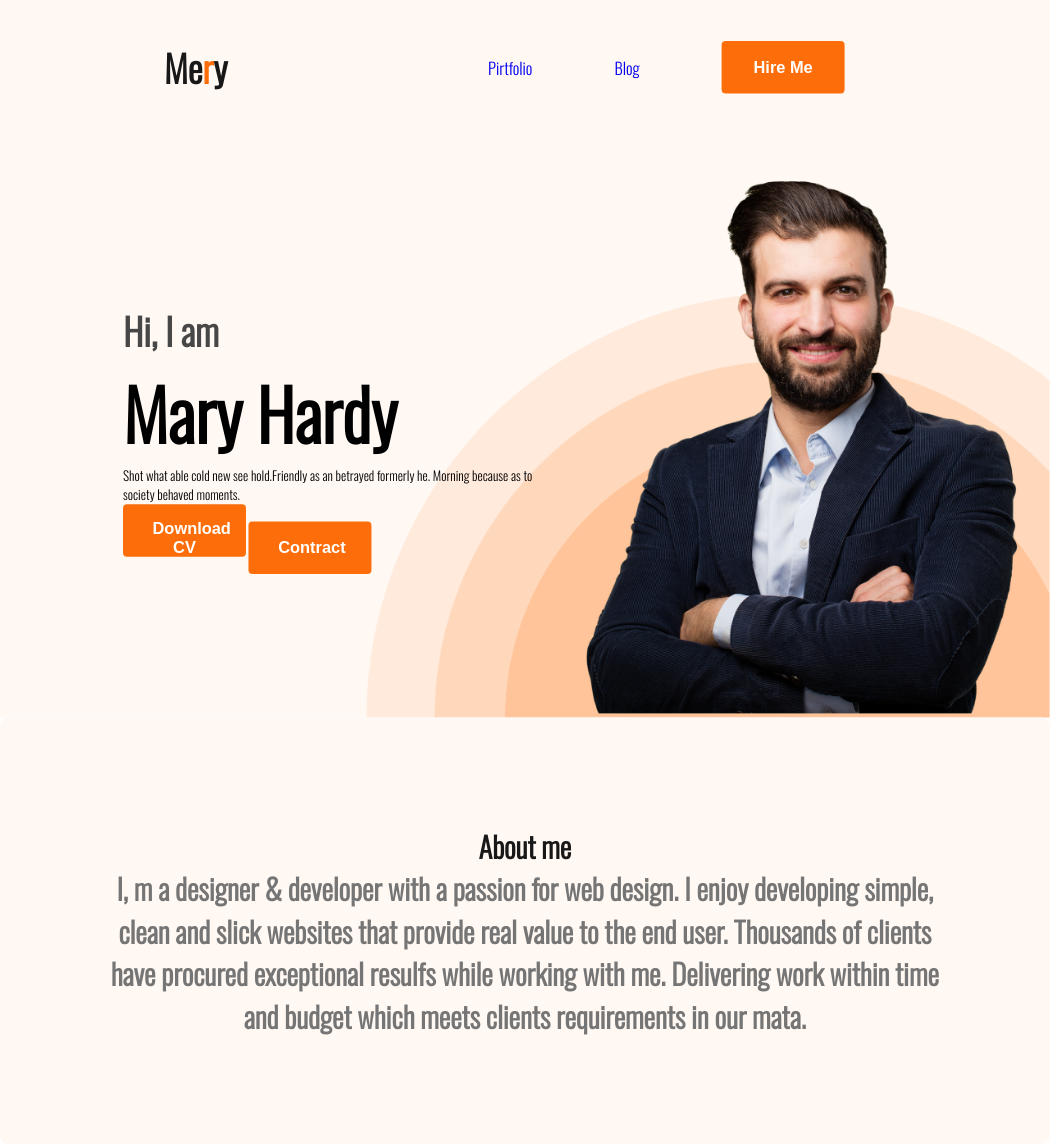
Repository: sumonkumarsarkar/my-website-personal
Page: index.html
The author's editor kept a copy of each file at every save. The page is drawn from the files as they stood at one save, then again after the next save.
The browser window is 1280 px wide. The pictures show the whole page, at 82% of full size.

Above is the page before, as saved 2024-01-06 11:02:16.

### index.html
<!DOCTYPE html>
<html lang="en">
<head>
    <meta charset="UTF-8">
    <meta name="viewport" content="width=device-width, initial-scale=1.0">
    <title>My Personal Website</title>
    <link rel="preconnect" href="https://fonts.googleapis.com">
    <link rel="preconnect" href="https://fonts.gstatic.com" crossorigin>
    <link href="https://fonts.googleapis.com/css2?family=Open+Sans:wght@700;800&family=Oswald:wght@300&display=swap" rel="stylesheet">
    <link rel="stylesheet" href="./style.css">
</head>
<body>
    <header class="header">
        <nav>
            <h3 class="nav-title">Me<span class="text-primary">r</span>y</h3>
            <ul>
                <li ><a href="#">Pirtfolio</a></li>
                <li ><a href="#">Blog</a></li>
                <li ><button type="button" class="btn-button">Hire Me</button></li>
            </ul>
        </nav>

        <div class="banner">
            <div class="banner-part">
                <h3 class="banner-greeting">Hi, I  am</h3>
                <h1 class="banner-title">Mary Hardy</h1>
                <p>Shot what able cold new see hold.Friendly as an betrayed formerly he. Morning because as to society behaved moments.</p>
                <button type="button" class="btn-button">Download CV</button>
                <button class="btn-button" type="button">Contract</button>
            </div>
            <div>
        <img class="profile-picture" src="./images/hardy.png" alt="">
            </div>

        </div>
    </header>


    <!-- main section  -->

<main>
<section class="about">
     <h3 class="section-title">About me</h3>
     <p class="section-description">
        I, m a designer & developer with a passion for web design. I enjoy developing simple, clean and slick websites that provide real value to the end user. Thousands of clients have procured exceptional resulfs while working with me. Delivering work within time and budget which meets clients requirements in our mata.
     </p>
</section>
</main>

</body>
</html>

### style.css
* {
  margin: 0;
  padding: 0;
}
body {
  font-family: "Open Sans", sans-serif;
  font-family: "Oswald", sans-serif;
}
nav {
  display: flex;
  align-items: center;
  justify-content: space-between;
  margin: 0 200px;
}

.nav-title {
  font-size: 45px;
  color: #181818;
  line-height: normal;
  font-weight: 800;
}
.text-primary {
  color: #fd6e0a;
}
nav ul {
  display: flex;
  align-items: center;
}
nav a {
  text-decoration: none;
}
nav li {
  list-style: none;
  margin: 50px;
  font-size: 20px;
  color: #474747;
  text-align: center;
}

.section-title {
    color:#181818;
    text-align: center;
    font-size: 35px;
    font-weight: 700;
}
.section-description {
    color:#757575;
    text-align: center;
    font-size: 35px;
    font-weight: 700;
}

.btn-button {
  height: 64px;
  width: 150px;
  color: #ffff;
  background: #fd6e0a;
  border-radius: 5px;
  font-size: 20px;
  border: 0;
  font-weight: 700;
  padding: 18px 36px;
}

.header {
  background: #fff8f3;
  background-image: url(./images/header_bg.png);
  background-repeat: no-repeat;
  background-position: bottom right;
}
.banner {
  padding: 30px 30px 0 150px;
  display: flex;
  align-items: center;
  justify-content: space-between;
}
.banner-part {
  max-width: 500px;
}
.banner .profile-picture {
  height: 676px;
  width: 584px;
}
.banner-greeting {
  font-size: 45px;
  color: #474747;
  margin-bottom: 5px;
}
.banner-title {
  font-size: 85px;
  font-weight: 700;
  margin-top: 5px;
}

/* main section   */
/* about section  */
.about {
  padding: 130px;
  border-radius: 10px;
  background: #fff8f3;
}

After the next save:
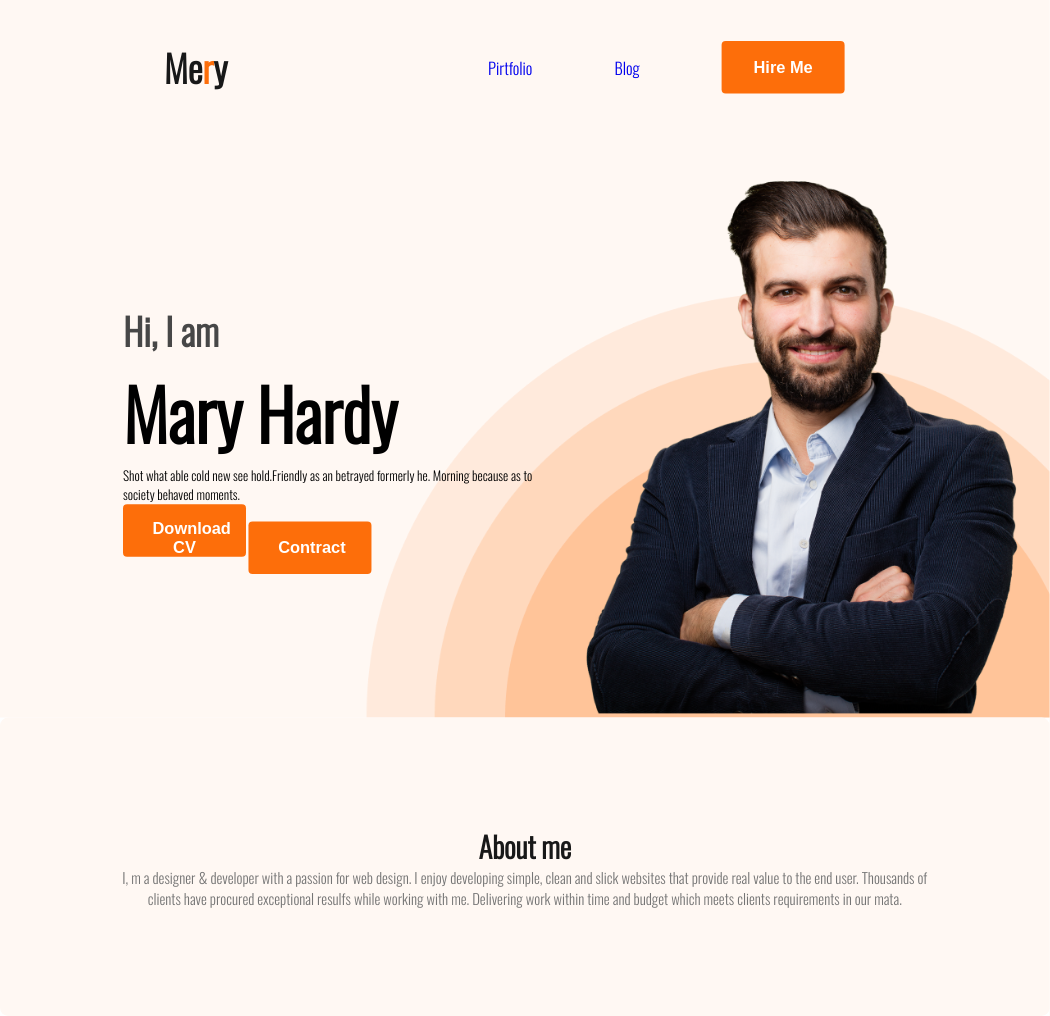
Saved 15 s later.
--- a/style.css
+++ b/style.css
@@ -46,8 +46,8 @@ nav li {
 .section-description {
     color:#757575;
     text-align: center;
-    font-size: 35px;
-    font-weight: 700;
+    font-size: 18px;
+
 }
 
 .btn-button {
